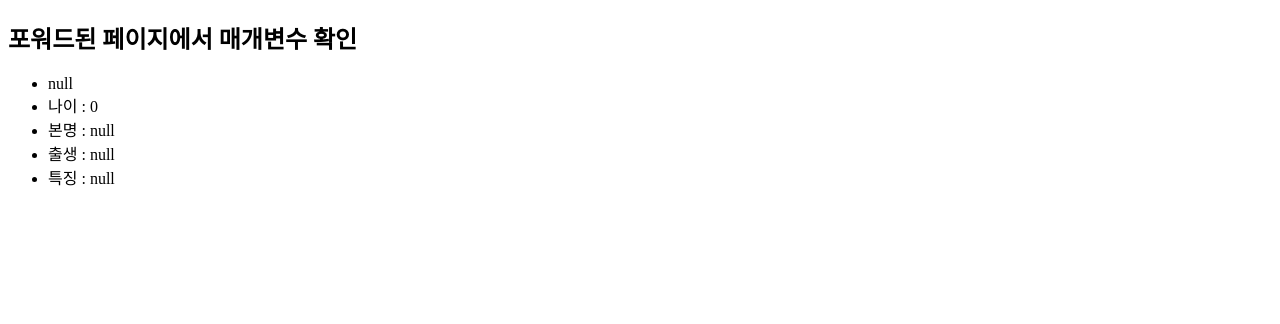
Repository: SteelIndustry/neo
Page: http://localhost/HelloWorld/07ActionTag/ParamForward.jsp
The author's editor kept a copy of each file at every save. The page is drawn from the files as they stood at one save, then again after the next save.
The browser window is 1280 px wide. The pictures show the whole page.
The page is served by Tomcat 9.

Above is the page before, as saved 2022-09-07 02:43:45.

After the next save:
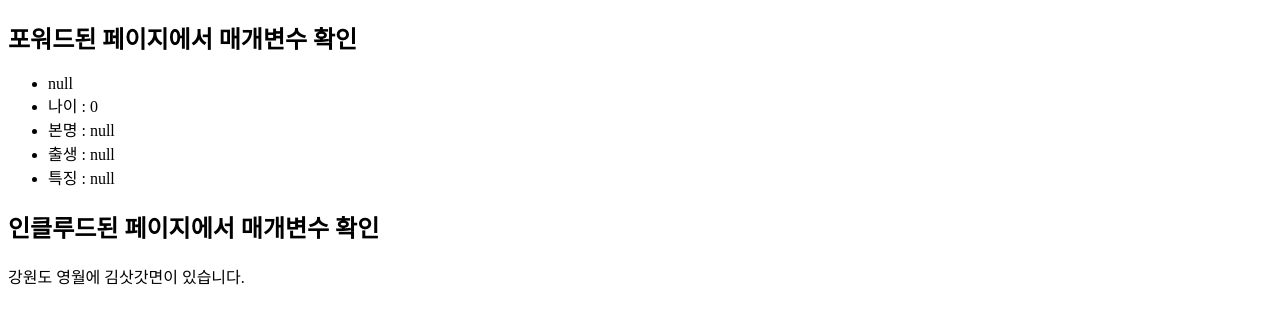
Saved 80 s later.
--- a/WebJSP/HelloWorld/WebContent/07ActionTag/inc/ParamInclude.jsp
+++ b/WebJSP/HelloWorld/WebContent/07ActionTag/inc/ParamInclude.jsp
@@ -1,13 +1,6 @@
 <%@ page language="java" contentType="text/html; charset=UTF-8"
     pageEncoding="UTF-8"
     trimDirectiveWhitespaces="true"%>
-<!DOCTYPE html>
-<html>
-<head>
-<meta charset="UTF-8">
-<title>Insert title here</title>
-</head>
-<body>
-
-</body>
-</html>
+<h2>인클루드된 페이지에서 매개변수 확인</h2>
+<%= request.getParameter("loc1")%>에
+<%= request.getParameter("loc2")%>이 있습니다.
